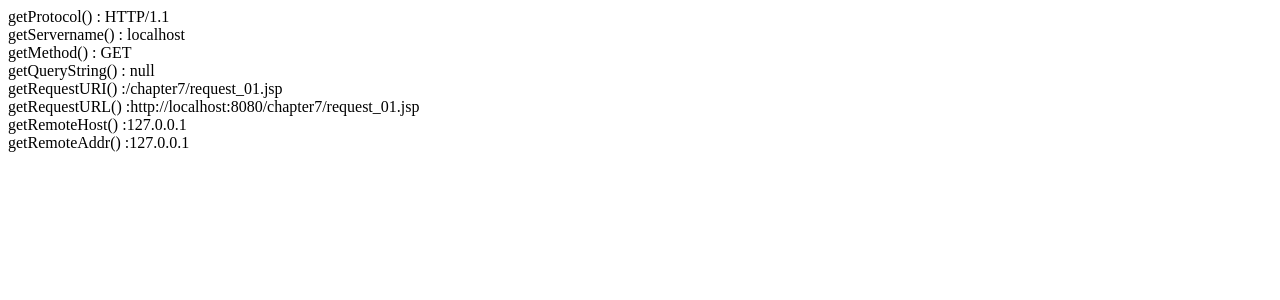
Repository: binkalos/JSP-STUDY
Page: http://localhost/chapter7/request_01.jsp
The author's editor kept a copy of each file at every save. The page is drawn from the files as they stood at one save, then again after a run of saves.
The browser window is 1280 px wide. The pictures show the whole page.
The page is served by Tomcat 9.

Above is the page before, as saved 2019-06-14 02:38:19.

### chapter7/WebContent/request_01.jsp
<%@ page language="java" contentType="text/html; charset=UTF-8"
    pageEncoding="UTF-8"%>
<!DOCTYPE html>
<html>
<head>
<meta charset="UTF-8">
<title>Insert title here</title>
</head>
<body>
getProtocol() : <%= request.getProtocol() %><br>
getServername() : <%= request.getServerName() %><br>
getMethod() : <%= request.getMethod() %><br>
getQueryString() : <%= request.getQueryString() %><br> <!-- 요즘 사용하지 않음 -->
getRequestURI() :<%= request.getRequestURI() %><br>
getRequestURL() :<%= request.getRequestURL() %><br><!-- 전체 주소 다 나옴 -->
getRemoteHost() :<%= request.getRemoteHost() %><br>
getRemoteAddr() :<%= request.getRemoteAddr() %><br>
</body>
</html>

After the next 2 saves:
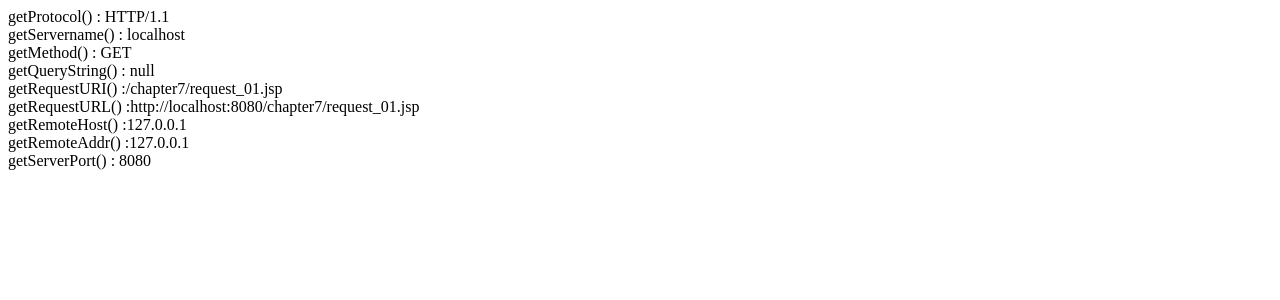
The 2 saves are shown as one change because they came seconds apart.
The last was saved 4 min 19 s later.
--- a/chapter7/WebContent/request_01.jsp
+++ b/chapter7/WebContent/request_01.jsp
@@ -15,5 +15,6 @@ getRequestURI() :<%= request.getRequestURI() %><br>
 getRequestURL() :<%= request.getRequestURL() %><br><!-- 전체 주소 다 나옴 -->
 getRemoteHost() :<%= request.getRemoteHost() %><br>
 getRemoteAddr() :<%= request.getRemoteAddr() %><br>
+getServerPort() : <%= request.getServerPort() %><br>
 </body>
 </html>
